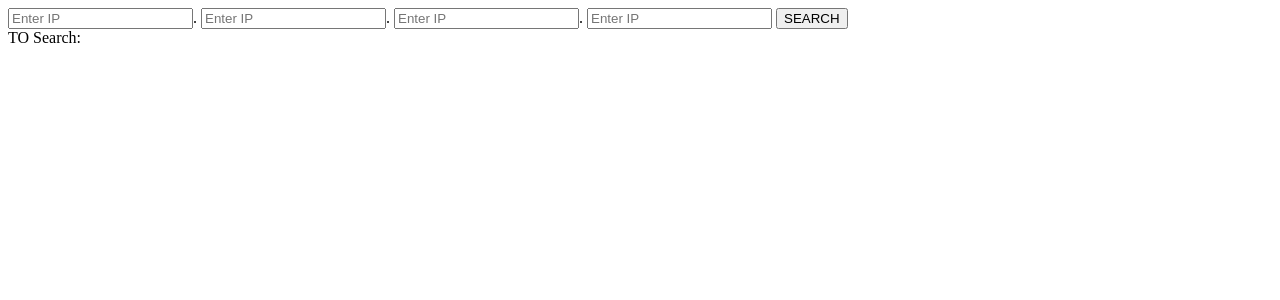
Repository: amp89/FindIP
Page: http://localhost/FindIp/views/search.jsp
The author's editor kept a copy of each file at every save. The page is drawn from the files as they stood at one save, then again after the next save.
The browser window is 1280 px wide. The pictures show the whole page.
The page is served by Tomcat 9.

Above is the page before, as saved 2016-07-19 00:20:16.

After the next save:
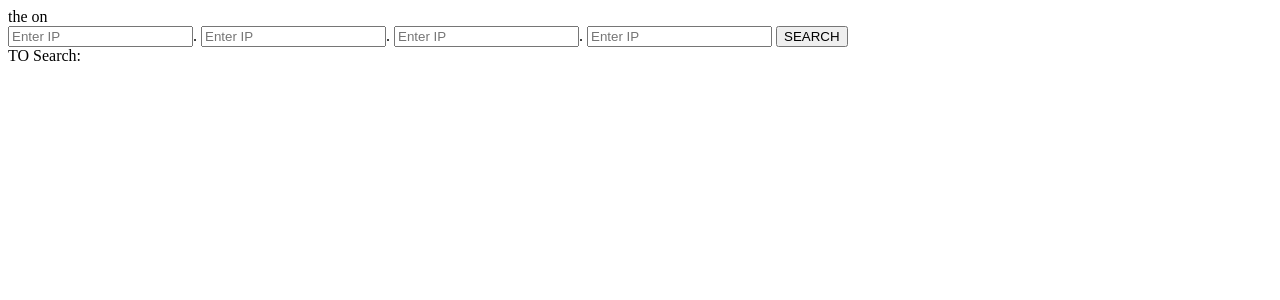
Saved 4 min 55 s later.
--- a/FindIp/FindIp/WebContent/views/search.jsp
+++ b/FindIp/FindIp/WebContent/views/search.jsp
@@ -5,7 +5,7 @@
 <head>
 <meta http-equiv="Content-Type" content="text/html; charset=UTF-8">
 <title>IP FIND | Search</title>
-
+the on
 
 		<script src="js/jquery.js"></script>
 		<script src="js/test.js"></script>
@@ -14,7 +14,7 @@
 <body ng-app="searchApp">
 	<div ng-controller="searchForm">
 		<form ng-submit="getIpInfo()">
-			<input ng-maxlength="3" placeholder="Enter IP" name="first" ng-model="ipSearchData.first" required/>.
+			<input type="text" ng-maxlength="3" placeholder="Enter IP" name="first" ng-model="ipSearchData.first" required/>.
 			<input type="text" placeholder="Enter IP" name="second"  ng-model="ipSearchData.second" required/>.
 			<input type="text" placeholder="Enter IP" name="third"  ng-model="ipSearchData.third" required/>.
 			<input type="text" placeholder="Enter IP" name="fourth"  ng-model="ipSearchData.fourth" required/>

After the save that followed:
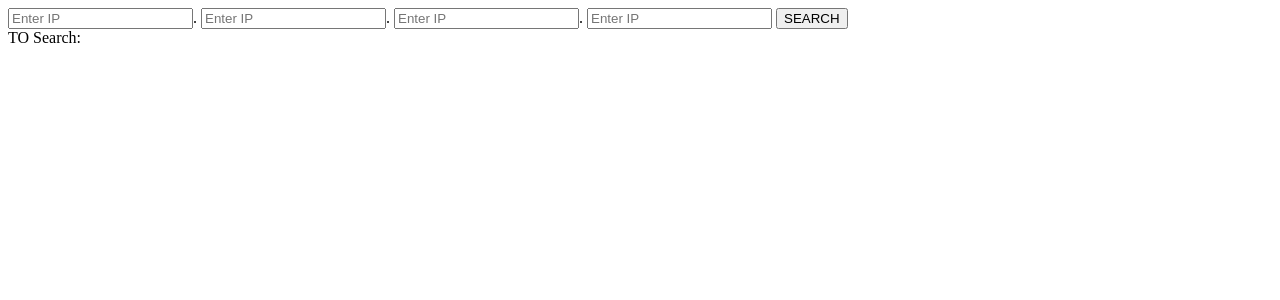
Saved 19 s later.
--- a/FindIp/FindIp/WebContent/views/search.jsp
+++ b/FindIp/FindIp/WebContent/views/search.jsp
@@ -5,7 +5,7 @@
 <head>
 <meta http-equiv="Content-Type" content="text/html; charset=UTF-8">
 <title>IP FIND | Search</title>
-the on
+
 
 		<script src="js/jquery.js"></script>
 		<script src="js/test.js"></script>
